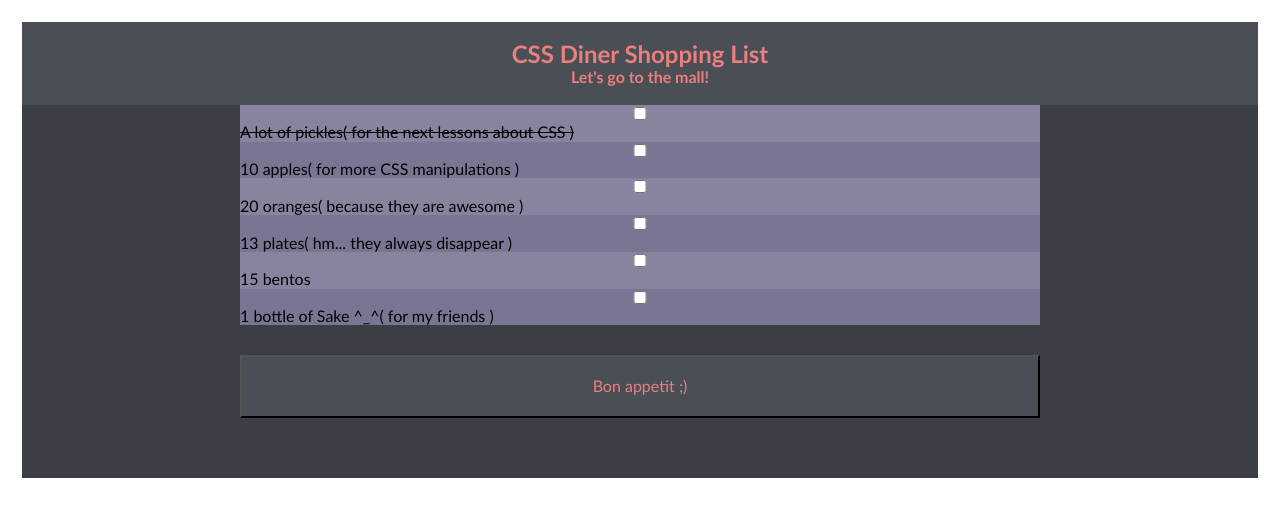
Repository: shpakovskaya/github.io
Page: selector css/shopping list/index.html
These files come from the project's save history. The page is drawn as it stood at one moment and after the next save; the edit follows.
The browser window is 1280 px wide. The pictures show the whole page.
The pointer rests on the first visible `.item`.

Above is the page before, as saved 2021-11-08 18:16:58.

After the next save:
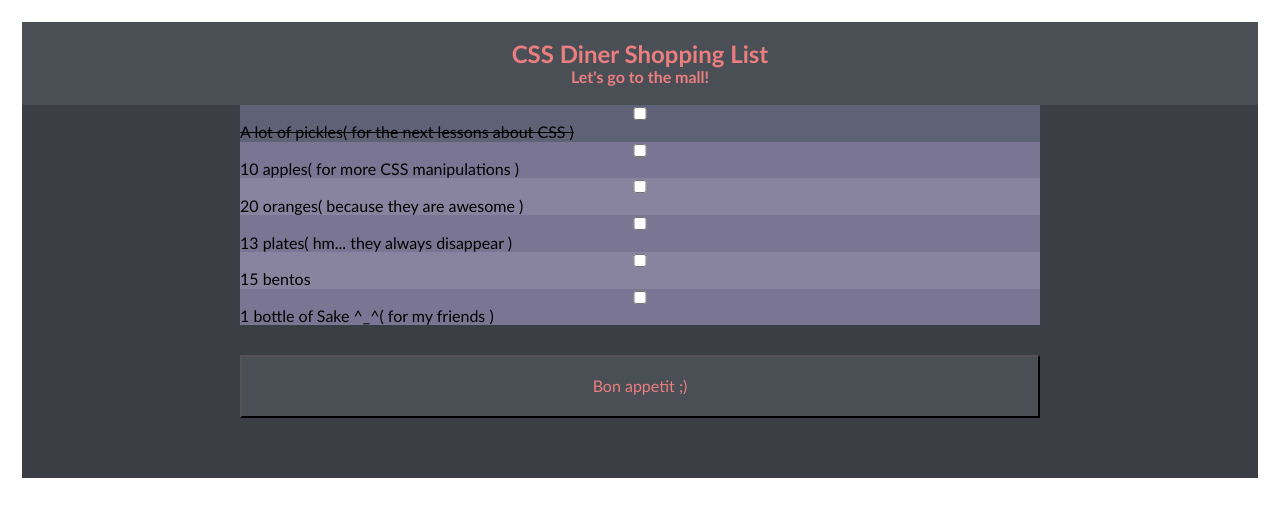
Saved 8 min 4 s later.
--- a/selector css/shopping list/style.css
+++ b/selector css/shopping list/style.css
@@ -101,6 +101,7 @@
 
 .item:hover {
   text-decoration: line-through;
+  background-color: #5f6176;
   border-bottom: #ffff;
   border-top: #ffff;
 }
